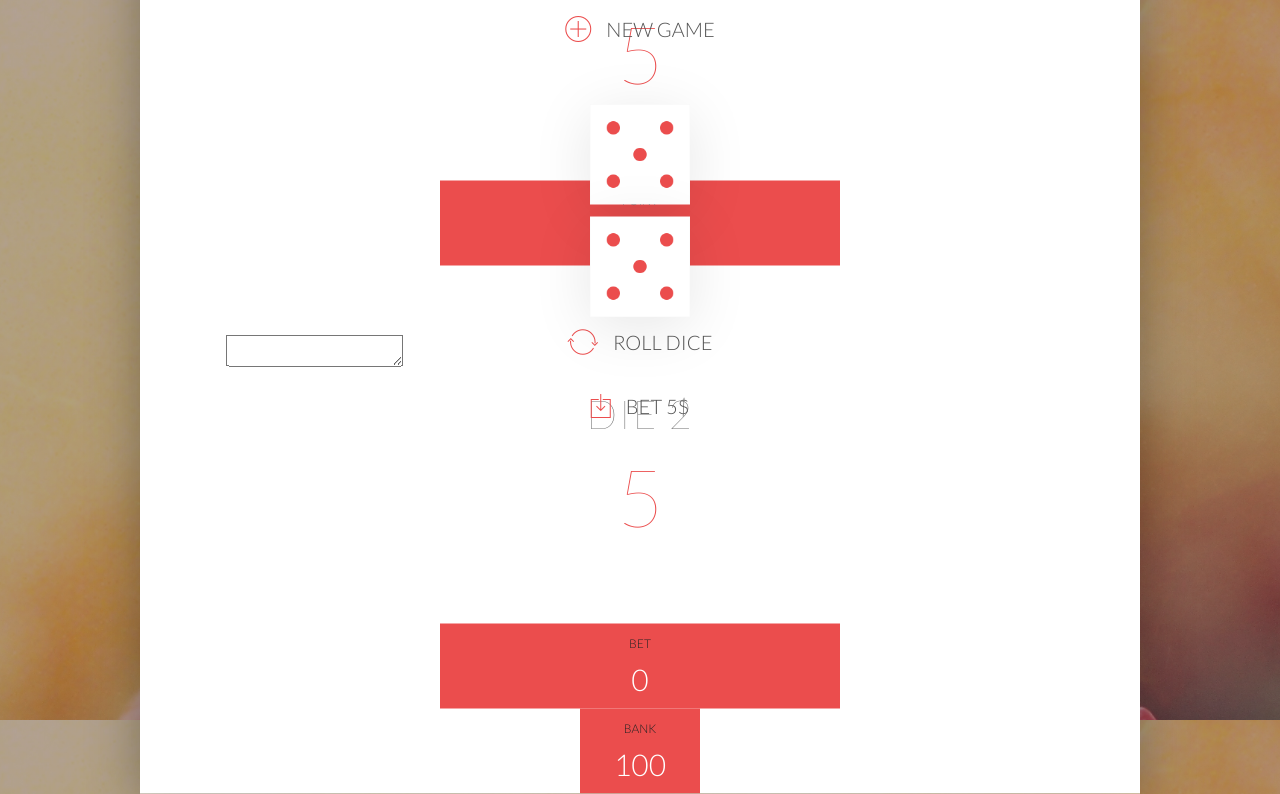
Repository: rmcc0724/html_challenge
Page: Craps/index.html
The author's editor kept a record of every edit. The page is drawn from the files as they stood at one moment, then again after the next edit.
The browser window is 1280 px wide. The pictures show the whole page.

Above is the page before.

### Craps/index.html
<!DOCTYPE html>
<html lang="en">

<head>
    <meta charset="UTF-8">
    <link href="https://fonts.googleapis.com/css?family=Lato:100,300,600" rel="stylesheet" type="text/css">
    <link href="https://code.ionicframework.com/ionicons/2.0.1/css/ionicons.min.css" rel="stylesheet" type="text/css">
    <link type="text/css" rel="stylesheet" href="style.css">

    <title>Craps Game</title>
</head>

<body>
    <div class="wrapper clearfix">

        <div class="dice-1-panel">

            <div class="player-name" id="dice-1">Die 1</div>
            <div class="player-score" id="score-1">5</div>
            <div class="player-current-box">
                <div class="player-current-label">Point</div>
                <div class="player-current-score" id="point">Off</div>
            </div><br>
            <div><textarea></textarea></div>
        </div>

        <div class="dice-2-panel">
            <div class="player-name" id="dice-2">Die 2</div>
            <div class="player-score" id="score-2">5</div>
            <div class="player-current-box">
                <div class="player-current-label">Bet</div>
                <div class="player-current-score" id="bet">0</div>

            </div>

                    </div>
                      <div>
        <button class="btn-new"><i class="ion-ios-plus-outline"></i>New game</button>
        <button class="btn-roll"><i class="ion-ios-loop"></i>Roll dice</button>
<button class="btn-bet"><i class="ion-ios-download-outline"></i>Bet 5$</button>
<div class="bank">
                <div class="player-current-label">Bank</div>
                <div class="player-current-score" id="bank">100</div>
            </div>
        <img src="dice-5.png" alt="Dice" class="dice1" id="die-1-img">
        <img src="dice-5.png" alt="Dice" class="dice2" id="die-2-img">

    </div>
    </div>

    <script src="app.js"></script>
</body>

</html>

### Craps/style.css
/**********************************************
*** GENERAL
**********************************************/

* {
    margin: 0;
    padding: 0;
    box-sizing: border-box;

}

.clearfix::after {
    content: "";
    display: table;
    clear: both;
}

body {
    background-image: linear-gradient(rgba(62, 20, 20, 0.4), rgba(62, 20, 20, 0.4)), url(back.jpg);
    background-size: cover;
    background-position: center;
    font-family: Lato;
    font-weight: 300;
    position: relative;
    height: 100vh;
    color: #555;
}

.wrapper {
    width: 1000px;
    position: absolute;
    top: 50%;
    left: 50%;
    transform: translate(-50%, -50%);
    background-color: #fff;
    box-shadow: 0px 10px 50px rgba(0, 0, 0, 0.3);
    overflow: hidden;
}

.player-0-panel,
.player-1-panel {
    width: 50%;
    float: left;
    height: 540px;
    padding: 100px;
}



/**********************************************
*** PLAYERS
**********************************************/

.player-name {
    font-size: 40px;
    text-align: center;
    text-transform: uppercase;
    letter-spacing: 2px;
    font-weight: 100;
    margin-top: 20px;
    margin-bottom: 10px;
    position: relative;
}

.player-score {
    text-align: center;
    font-size: 80px;
    font-weight: 100;
    color: #EB4D4D;
    margin-bottom: 80px;
}

.active { background-color: #f7f7f7; }
.active .player-name { font-weight: 300; }

.active .player-name::after {
    content: "\2022";
    font-size: 47px;
    position: absolute;
    color: #EB4D4D;
    top: -7px;
    right: 10px;

}

.player-current-box {
    background-color: #EB4D4D;
    color: #fff;
    width: 40%;
    margin: 0 auto;
    padding: 12px;
    text-align: center;
}

.player-current-label {
    text-transform: uppercase;
    margin-bottom: 10px;
    font-size: 12px;
    color: #222;
}

.player-current-score {
    font-size: 30px;
}

button {
    position: absolute;
    width: 200px;
    left: 50%;
    transform: translateX(-50%);
    color: #555;
    background: none;
    border: none;
    font-family: Lato;
    font-size: 20px;
    text-transform: uppercase;
    cursor: pointer;
    font-weight: 300;
    transition: background-color 0.3s, color 0.3s;
}

button:hover { font-weight: 600; }
button:hover i { margin-right: 20px; }

button:focus {
    outline: none;
}

i {
    color: #EB4D4D;
    display: inline-block;
    margin-right: 15px;
    font-size: 32px;
    line-height: 1;
    vertical-align: text-top;
    margin-top: -4px;
    transition: margin 0.3s;
}

.btn-new {top: 90px;}
.btn-roll { top: 403px;}
.btn-bet { top: 467px;}

.dice1 {
    position: absolute;
    left: 50%;
    top: 178px;
    transform: translateX(-50%);
    height: 100px;
    box-shadow: 0px 10px 60px rgba(0, 0, 0, 0.10);
}

.dice2 {
    position: absolute;
    left: 50%;
    top: 290px;
    transform: translateX(-50%);
    height: 100px;
    box-shadow: 0px 10px 60px rgba(0, 0, 0, 0.10);
}

.winner { background-color: #f7f7f7; }
.winner .player-name { font-weight: 300; color: #EB4D4D; }

.bank {
    width: 120px;
    clear: both;
    text-align: center;
    background-color: #EB4D4D;
    color: #fff;
    margin: 0 auto;
    padding: 12px;
    text-align: center;
}

textarea {
    margin: 50px 0 0 86px;
}

### Craps/app.js
var bankController = (function() {
    var data = {
        dice: {
            die1: 0,
            die2: 0,
        },
        bet: 0,
        bank: 100,
        point: "Off"
    };
    var placeBet = (bet) => {
        if (data.bank > 0 && bet <= data.bank) {
            data.bank -= bet;
            data.bet += bet;
            console.log("Player has placed a bet of " + bet + " with a total bet of " + data.bet + " and bank of " + data.bank);
        }
        else {
            console.log("You don't have enough money!");
        }
    };
    var rollDice = () => {
        if (data.bet > 0) {
            data.dice.die1 = Math.floor(Math.random() * 6) + 1;
            data.dice.die2 = Math.floor(Math.random() * 6) + 1;
            console.log(data.dice.die1);
            console.log(data.dice.die2);
        }
        else {
            console.log("You need to place a bet first");
        }
    };
    var playerWins = () => {
        data.bank += data.bet * 2;
        console.log("Player Wins because you rolled a " + getDiceTotal() + " when the point was " + getPoint() + "\nThe player has the amount of " + getBank() + " left.");
        console.log(data.bank);
        data.bet = 0;
    };
    var playerLoses = () => {
        console.log("Player Loses because you rolled a " + getDiceTotal() + " when the point was " + getPoint() + "\nThe player has the amount of " + getBank() + " left.");
        data.bet = 0;
    };
    var setPoint = (point) => {
        if (getPoint() === "Off") {
            data.point = point;
            console.log("Your point is now set to " + getPoint() + " and you must roll that to win. Roll a 7 and you crap out.");
        }
    };
    var resetGame = () => {
        data = {
            dice: {
                die1: 0,
                die2: 0,
            },
            bet: 0,
            bank: 100,
            point: "Off"
        };
        console.log("Game Reset");
    };
    var resetDice = () => (data.dice.die1 = 0, data.dice.die2 = 0);
    var getDiceTotal = () => parseInt(data.dice.die1) + parseInt(data.dice.die2);
    var getBank = () => data.bank;
    var getBet = () => data.bet;
    var getPoint = () => data.point;
    var checkWinner = () => {
        getBet() > 0 ? rollDice() : console.log("You must first place a bet!!");
        if (getBet() > 0) {
            if (getPoint() === "Off") {
                getDiceTotal() === 2 || getDiceTotal() === 3 || getDiceTotal() === 12 ? playerLoses() :
                    getDiceTotal() === 7 || getDiceTotal() === 11 ? playerWins() : setPoint(getDiceTotal());
            }
            else {
                getDiceTotal() === 7 ? playerLoses() : getDiceTotal() === getPoint() ? (playerWins(), setPoint("Off")) : (console.log("Roll Again but dont crap out. You rolled a " + getDiceTotal() + "\nTry to hit " + getPoint()));

            }
        }
        resetDice();
    };
    return {
        resetGamePublic: () => resetGame(),
        placeBetPublic: (bet) => placeBet(bet),
        rollDicePublic: (bet) => rollDice(),
        checkWinnerPublic: () => checkWinner(),
        getBankPublic: () => getBank(),
        getBetPublic: () => getBet(),
        getPointPublic: () => getPoint(),
        getDiceTotalPublic: () => getDiceTotal(),
    };
})();


// UI CONTROLLER
var UIController = (function() {

    var DOMstrings = {
        die1Image: '.die__1_image',
        die2Image: '.die__2_image',
        die1: '.die__1',
        die2: '.die__2',
        pointValue: '.point_value',
        betValue: '.bet_value',
        bankValue: '.bank_value',
        bet5Btn: '.bet5__btn',
        rollDiceBtn: '.rolldice__btn',
        resetBtn: '.reset__btn',
        textArea: '.text__area'
    };
    return {
        getDOMstrings: () => DOMstrings

    };
})();

var controller = (function(bankCtrl, UICtrl) {

    var setupEventListeners = function() {
        var DOM = UICtrl.getDOMstrings();

        document.querySelector(DOM.inputBtn).addEventListener('click', ctrlBet5);

        document.querySelector(DOM.container).addEventListener('click', ctrlRollDice);

        document.querySelector(DOM.container).addEventListener('click', ctrlReset);

    };
    var ctrlBet5

    return {
        init: function() {
            console.log('Application has started.');
        }
    };

})(bankController);

controller.init();

After the next edit:
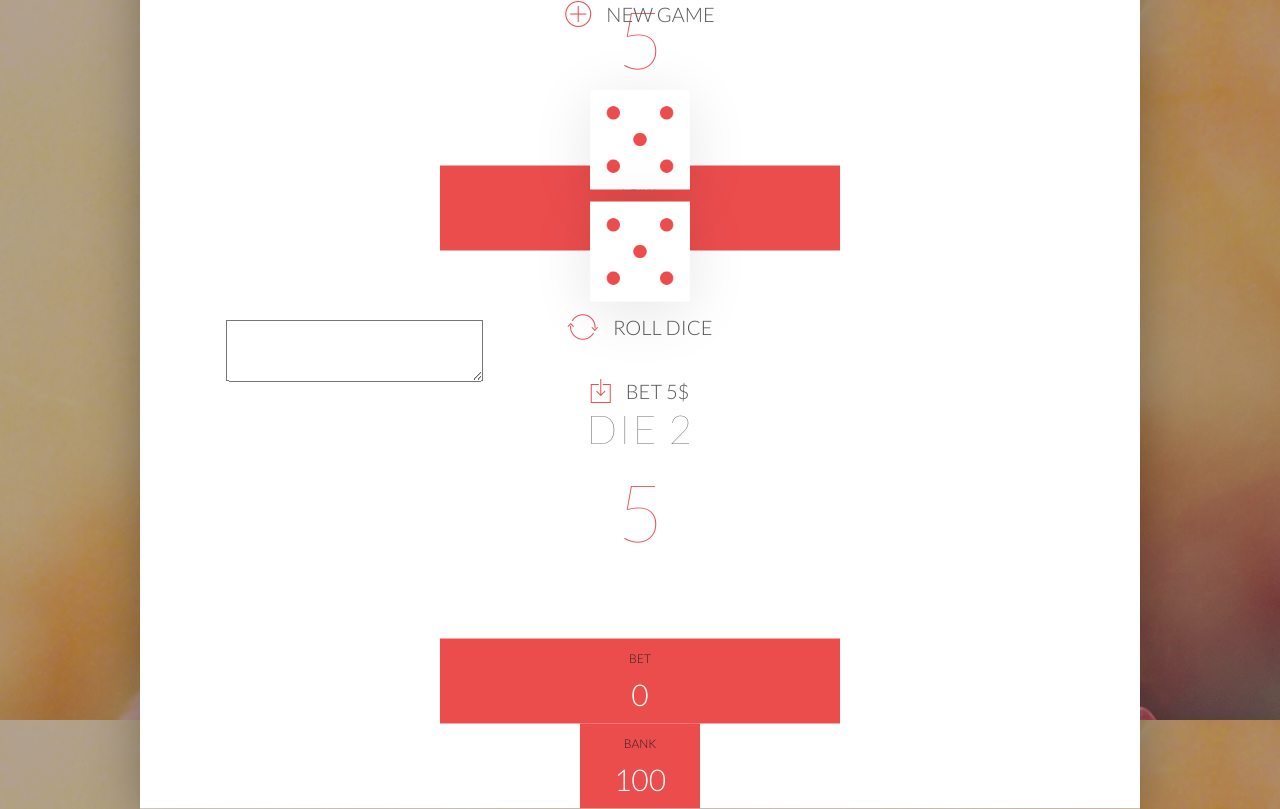
The edit:
--- a/Craps/index.html
+++ b/Craps/index.html
@@ -21,7 +21,7 @@
                 <div class="player-current-label">Point</div>
                 <div class="player-current-score" id="point">Off</div>
             </div><br>
-            <div><textarea></textarea></div>
+            <div><textarea rows="4" cols="30"></textarea></div>
         </div>
 
         <div class="dice-2-panel">
